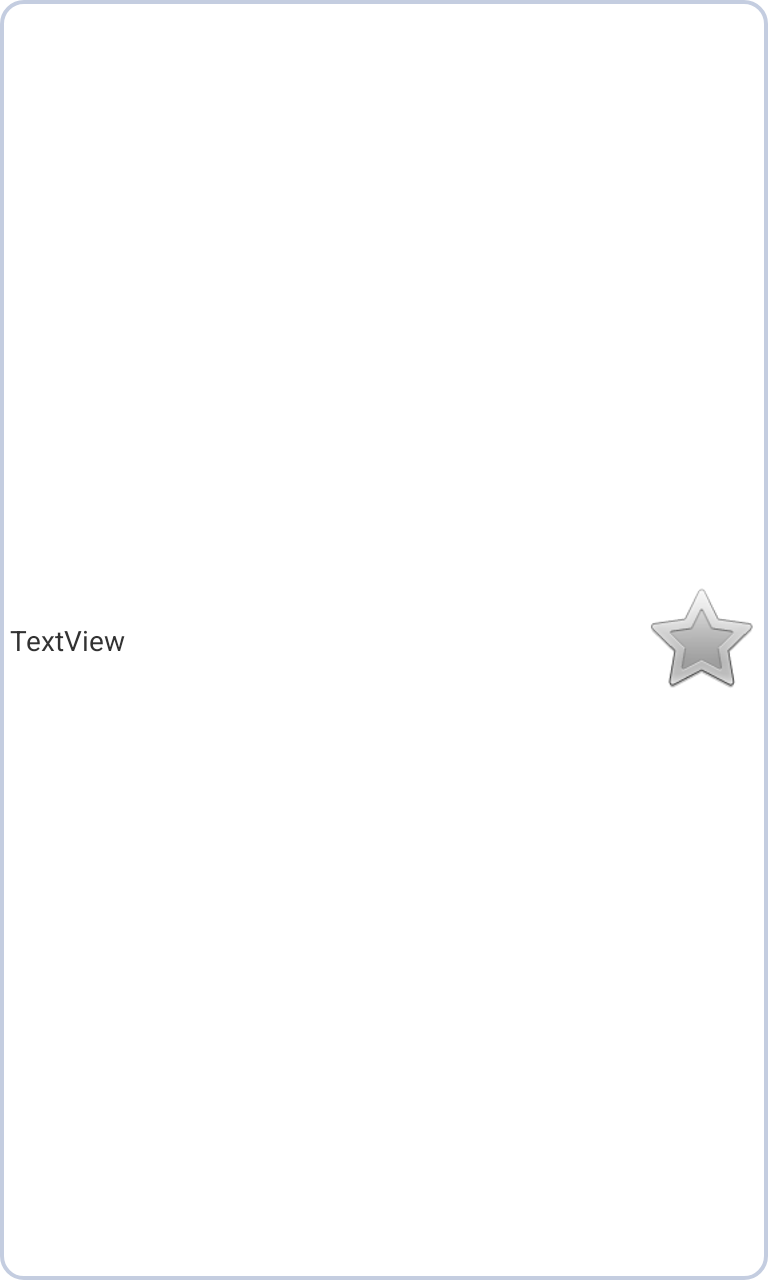
Repository: vinothsridhar/CrickBuzzChallenge
Layout: CricBuzzAndroidApp/res/layout/playlist_item.xml
An editor plug-in stored every save of this project. The layout is shown before and after the next save, followed by the edit.
It is drawn on a 768 x 1280 px phone screen (xhdpi) without system bars, with theme AppTheme; the app's code is not run.

Above is the layout before, as saved 2014-12-20 11:07:35.

After the next save:
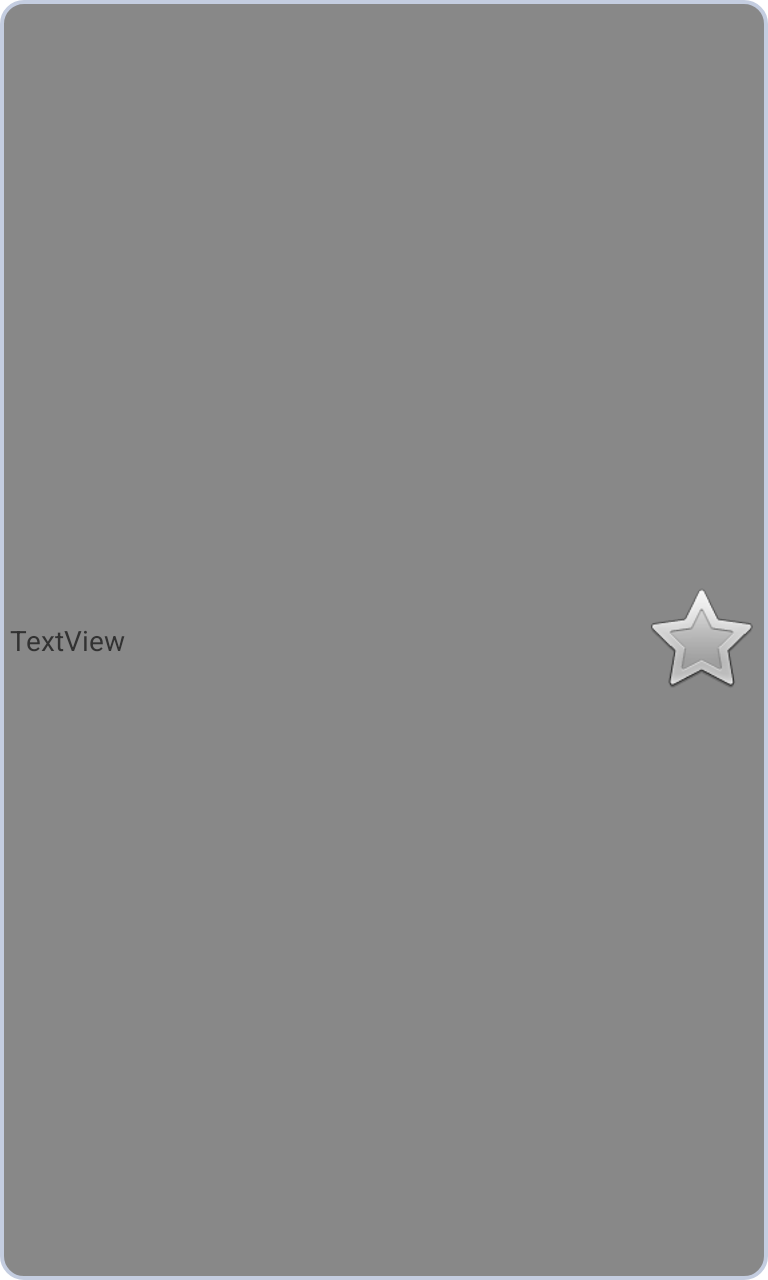
Saved 14 s later.
--- a/CricBuzzAndroidApp/res/drawable/playerlistitem.xml
+++ b/CricBuzzAndroidApp/res/drawable/playerlistitem.xml
@@ -11,7 +11,7 @@
             <corners android:radius="11dp"></corners>
         </shape></item>
     <item android:state_pressed="false"><shape android:shape="rectangle">
-            <solid android:color="#ffffff"></solid>
+            <solid android:color="#888888"></solid>
 
             <stroke android:width="2dp" android:color="#C4CDE0"></stroke>
 
